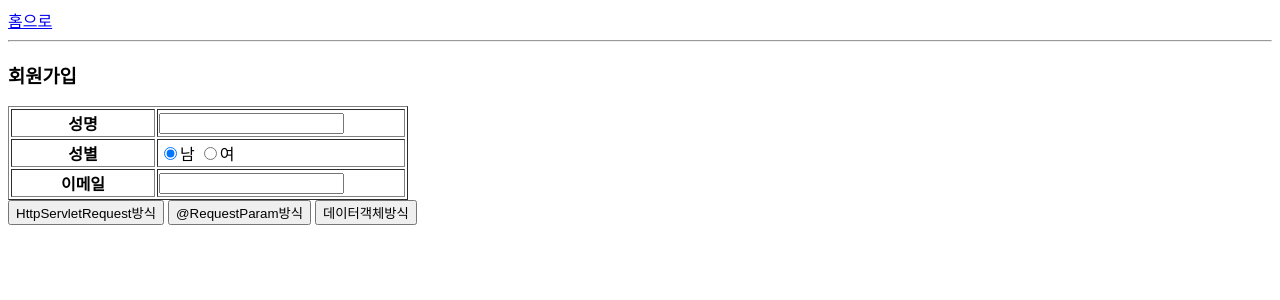
Repository: linklifejo/study_spring
Page: http://localhost/web/member
These files come from the project's save history. The page is drawn as it stood at one moment and after the next save; the edit follows.
The browser window is 1280 px wide. The pictures show the whole page.
The page is served by Tomcat 9.

Above is the page before, as saved 2023-02-14 01:47:20.

After the next save:
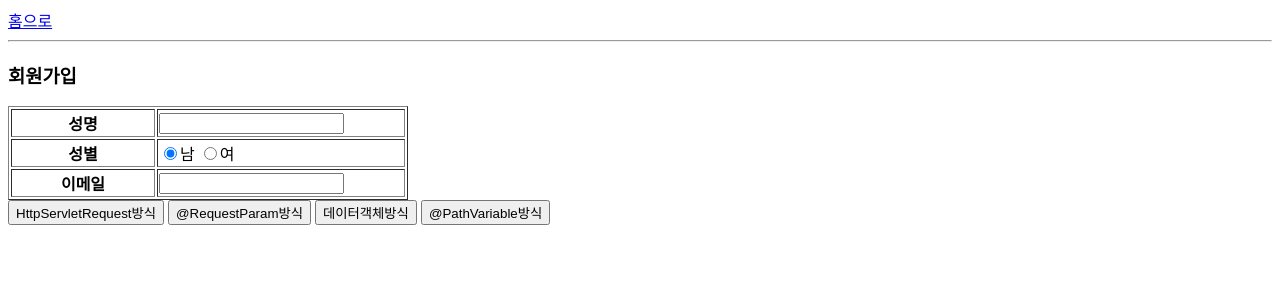
Saved 5 min 37 s later.
--- a/web/src/main/webapp/WEB-INF/views/member/join.jsp
+++ b/web/src/main/webapp/WEB-INF/views/member/join.jsp
@@ -32,7 +32,16 @@
 			onclick="action='joinParam'">
 <input type='submit' value='데이터객체방식'
 			onclick="action='joinData'">
+<input type='submit' value='@PathVariable방식'
+			onclick="go_submit(this.form)">
+
 </form>
 
+<script>
+function go_submit(){
+
+}
+
+</script>
 </body>
 </html>
